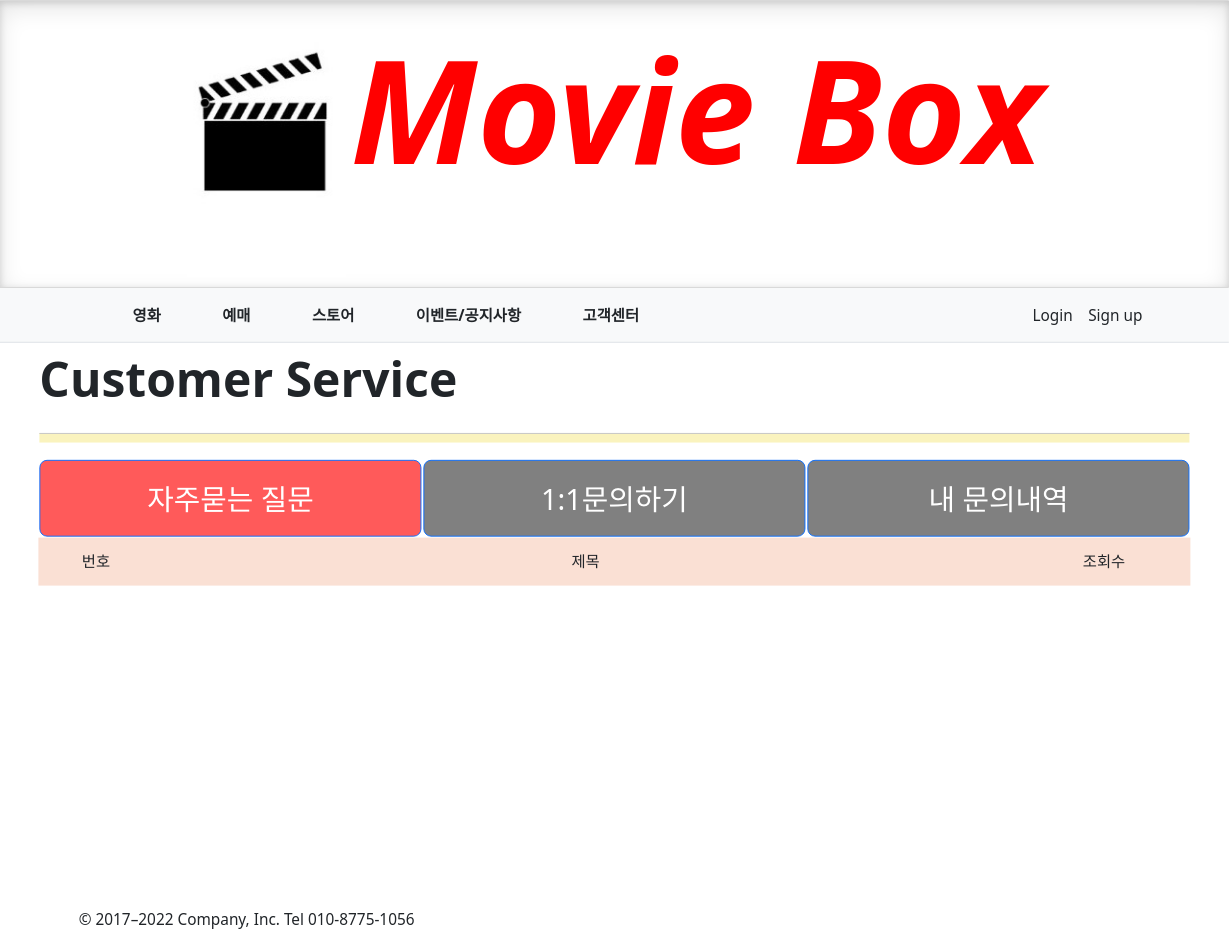
Repository: SpearManCN/MovieBox-2nd-Project-
Page: http://localhost/prj_01/WEB-INF/views/serviceForm.jsp
An editor plug-in stored every save of this project. The page is shown before and after the next save, followed by the edit.
The browser window is 1280 px wide. The pictures show the whole page, at 96% of full size.
The page is served by Tomcat 9. Nobody is signed in. Other server files are loaded and not shown. The template is opened directly, without the code that normally fills it, so the values that code supplies are empty.

Above is the page before, as saved 2022-12-13 16:23:29.

### Second project/prj_01/src/main/webapp/WEB-INF/views/serviceForm.jsp
<%@ page language="java" contentType="text/html; charset=UTF-8"
    pageEncoding="UTF-8"%>
        <%@taglib prefix="c" uri="http://java.sun.com/jsp/jstl/core" %>
<!DOCTYPE html>
<html>
<head>
<meta name="viewport" content="width=device-width, initial-scale=1">
<meta charset="UTF-8">
<link href="https://cdn.jsdelivr.net/npm/bootstrap@5.2.3/dist/css/bootstrap.min.css" rel="stylesheet" integrity="sha384-rbsA2VBKQhggwzxH7pPCaAqO46MgnOM80zW1RWuH61DGLwZJEdK2Kadq2F9CUG65" crossorigin="anonymous">
<script>
	function goServiceForm(){document.goForm.action="/serviceForm.do"; document.goForm.submit();}
	function goQnA(){document.goForm.action="/serviceQnA.do"; document.goForm.submit();}
	function goQnAList(){document.goForm.action="/serviceQnAList.do"; document.goForm.submit();}

</script>



</head>
<body>
<%@include file="/WEB-INF/views/commonHeader.jsp" %>
<form name="goForm" method="post"></form>



<center>
<table width="1200px">
	<tr>
	<td align="left"><span style="font-size:50px; font-weight:bold;">Customer Service</span>
	<tr>
	<td><hr style="height:10px; background-color:#EDD200;">
	<tr>
</table>
</center>

<table align="center" width="1200px">
	<tr>
	<td width="220px"><button onclick="goServiceForm();" type="button" class="btn btn-primary btn-lg" style="width:100%; height:80px; background-color:#FF5A5A;">
	<span style="font-size:30px; ">자주묻는 질문</span></button></td>

	<td width="220px"><button onclick="goQnA();" type="button" class="btn btn-primary btn-lg" style="width:100%; height:80px; background-color:gray;">
	<span style="font-size:30px; font-weight:;">1:1문의하기</span></button></td>

	<td width="220px"><button onclick="goQnAList();" type="button" class="btn btn-primary btn-lg" style="width:100%; height:80px; background-color:gray;">
	<span style="font-size:30px; font-weight:;">내 문의내역</span></button></td>

	</tr>
	<tr>
	</tr>

</table>

<table align="center" width="1200px" style="background-color:#FAE0D4;">
<tr align="center">
<td width="10%" height="50px">번호</td>
<td width="75%">제목</td>
<td width="15%">조회수</td>


</table>























<%@include file="/WEB-INF/views/commonFooter.jsp" %>
</body>
</html>

### Second project/prj_01/src/main/webapp/WEB-INF/views/commonHeader.jsp
<%@ page language="java" contentType="text/html; charset=UTF-8"
    pageEncoding="UTF-8"%>



<script src="/js/jquery-1.11.0.min.js"></script>
<script>
function goLogin(){document.commonForm.action="/loginForm.do";document.commonForm.submit(); }
function goLoginJoin(){document.commonForm.action="/loginJoinForm.do";document.commonForm.submit();}
function goMyPage(){document.commonForm.action="/myPageHome.do";document.commonForm.submit(); }
function goMainForm(){document.commonForm.action="/mainForm.do";document.commonForm.submit(); }
function goLogout(){
	if(confirm("로그아웃 하시겠습니까?")){
		document.commonForm.action="/logout.do";document.commonForm.submit();
	}

	 }

</script>

<form name="commonForm" method="post"></form>
<div style="height:300px; background-color: white; border-width: 1px 0;
        box-shadow: inset 0 .5em 1.5em rgba(0, 0, 0, .1), inset 0 .125em .5em rgba(0, 0, 0, .15);         border: solid rgba(0, 0, 0, .15);
        border-width: 1px 0;" class="b-example-divider" align="center" >

 <span style="cursor:pointer" onclick="goMainForm();"><img src="resources/img/movieBox2.jpg" >
 <Span  style="font-size: 150px; color:red; font-weight: bold ; font-style: italic;" >Movie Box</Span>

 </span></div>

  <nav class="py-2 bg-light border-bottom">
    <div class="container d-flex flex-wrap">
      <ul class="nav me-auto">
      <li class="nav-item">&emsp;&emsp;&emsp;</li>
        <li class="nav-item"><a href="movieHome.do" class="nav-link link-dark px-2 active" aria-current="page" style="font-weight: bold ;" >영화</a></li>
         <li class="nav-item">&emsp;&emsp;&emsp;</li>
        <li class="nav-item"><a href="reserveForm.do" class="nav-link link-dark px-2" style="font-weight: bold ;">예매</a></li>
         <li class="nav-item">&emsp;&emsp;&emsp;</li>
        <li class="nav-item"><a href="/storeForm.do" class="nav-link link-dark px-2" style="font-weight: bold ;">스토어</a></li>
         <li class="nav-item">&emsp;&emsp;&emsp;</li>
        <li class="nav-item"><a href="/eventForm.do" class="nav-link link-dark px-2" style="font-weight: bold ;">이벤트/공지사항</a></li>
          <li class="nav-item">&emsp;&emsp;&emsp;</li>
        <li class="nav-item"><a href="/serviceForm.do" class="nav-link link-dark px-2" style="font-weight: bold ;">고객센터</a></li>

       </ul>
      <ul class="nav">

      		<%
      		if(session.getAttribute("memNo")==null){session.setAttribute("memNo",0);}
			int memNo = (int)session.getAttribute("memNo");
			if(memNo==0){	%>
        <li class="nav-item"><span class="nav-link link-dark px-2" style="cursor:pointer" onclick="goLogin();">Login</span></li>
			        <li class="nav-item"><span class="nav-link link-dark px-2" style="cursor:pointer" onclick="goLoginJoin();">Sign up</span></li>

			<%}else if(memNo==1){%>
			        <li class="nav-item"><span class="nav-link link-dark px-2" style="cursor:pointer" onclick="goAdmin();">AdminPage</span></li>

    				   <li class="nav-item"><span class="nav-link link-dark px-2" style="cursor:pointer" onclick="goLogout();">Logout</span></li>

			<%}else {%>
			      <li class="nav-item"><span class="nav-link link-dark px-2" style="cursor:pointer" onclick="goMyPage();">My Page</span></li>
    				   <li class="nav-item"><span class="nav-link link-dark px-2" style="cursor:pointer" onclick="goLogout();">Logout</span></li>
 				<%}
		%>






      </ul>
    </div>
  </nav>

### Second project/prj_01/src/main/webapp/WEB-INF/views/commonFooter.jsp
<%@ page language="java" contentType="text/html; charset=UTF-8"
    pageEncoding="UTF-8"%>
<!--====================================================================-->


<br>
<br><br><br><br><br><br><br><br><br><br><br>
<br><br>

  <footer class="container">
    <p class="float-end"></p>
    <p>&copy; 2017–2022 Company, Inc. Tel 010-8775-1056 </p>
  </footer>

<script src="https://cdn.jsdelivr.net/npm/bootstrap@5.2.3/dist/js/bootstrap.bundle.min.js" integrity="sha384-kenU1KFdBIe4zVF0s0G1M5b4hcpxyD9F7jL+jjXkk+Q2h455rYXK/7HAuoJl+0I4" crossorigin="anonymous"></script>

Loaded but not shown: Second project/prj_01/src/main/resources/static/js/jquery-1.11.0.min.js (library)

After the next save:
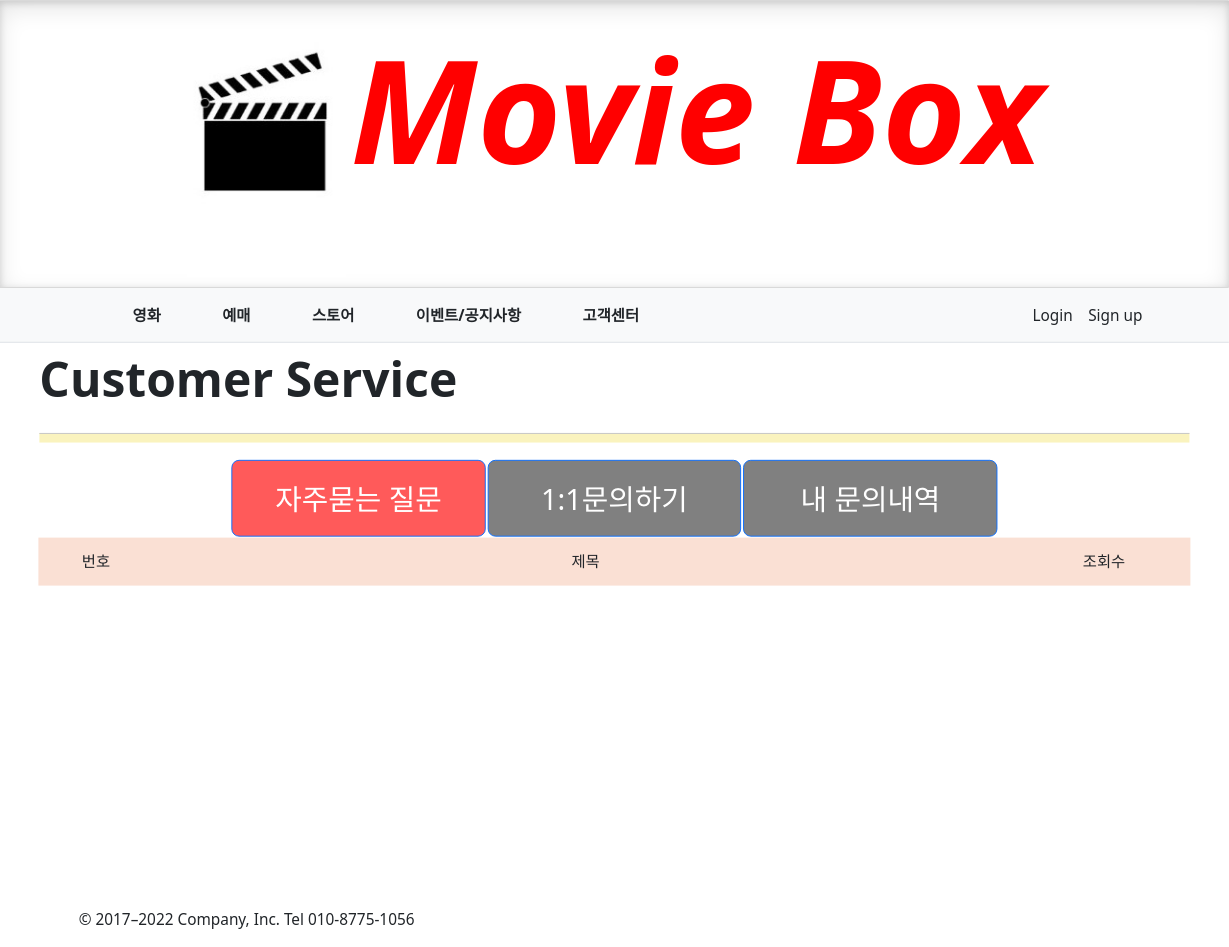
Saved 34 s later.
--- a/Second project/prj_01/src/main/webapp/WEB-INF/views/serviceForm.jsp
+++ b/Second project/prj_01/src/main/webapp/WEB-INF/views/serviceForm.jsp
@@ -33,7 +33,7 @@
 </table>
 </center>
 
-<table align="center" width="1200px">
+<table align="center" width="800px">
 	<tr>
 	<td width="220px"><button onclick="goServiceForm();" type="button" class="btn btn-primary btn-lg" style="width:100%; height:80px; background-color:#FF5A5A;">
 	<span style="font-size:30px; ">자주묻는 질문</span></button></td>

After the 2 saves that followed:
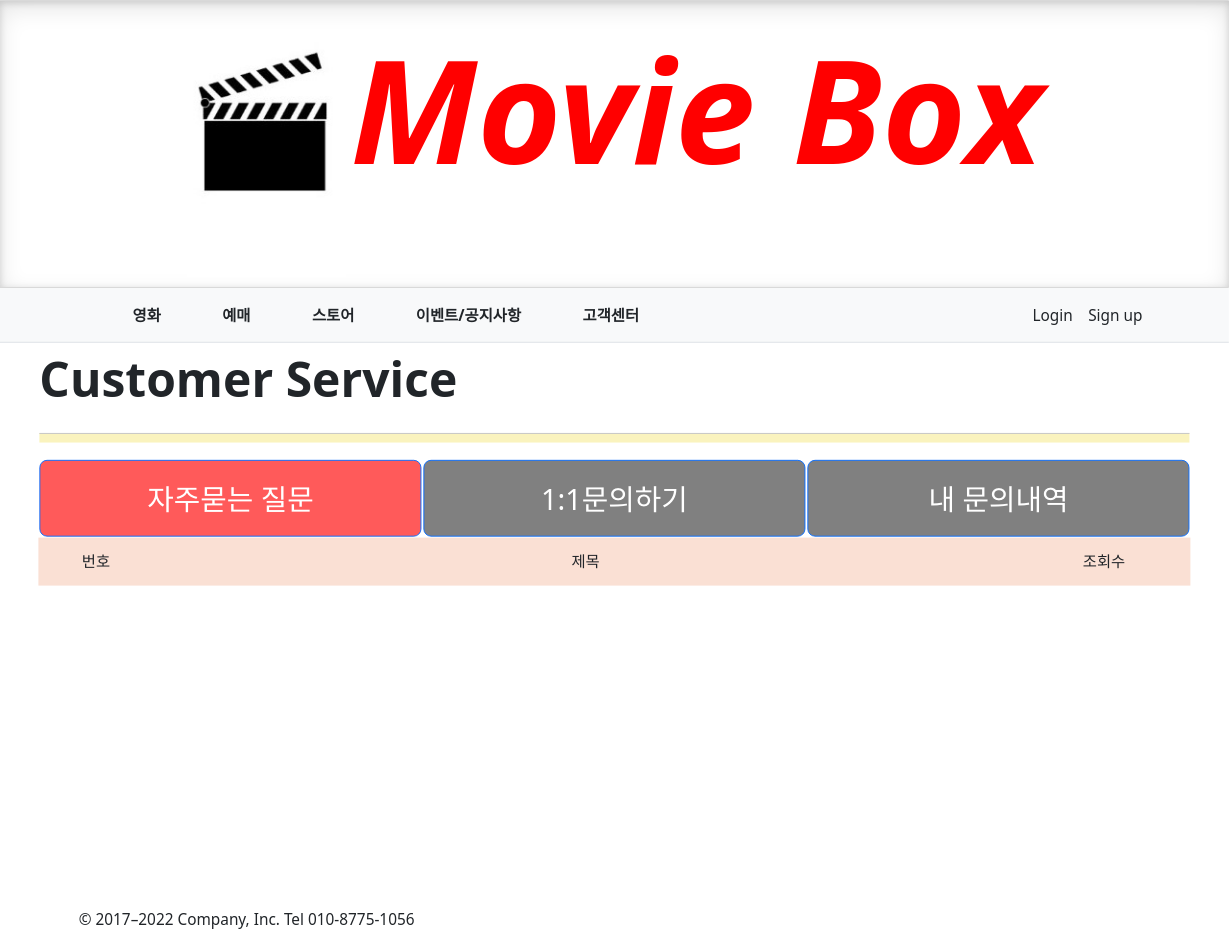
The 2 saves are shown as one change because they came seconds apart.
The last was saved 8 s later.
--- a/Second project/prj_01/src/main/webapp/WEB-INF/views/serviceForm.jsp
+++ b/Second project/prj_01/src/main/webapp/WEB-INF/views/serviceForm.jsp
@@ -33,7 +33,7 @@
 </table>
 </center>
 
-<table align="center" width="800px">
+<table align="center" width="1200px">
 	<tr>
 	<td width="220px"><button onclick="goServiceForm();" type="button" class="btn btn-primary btn-lg" style="width:100%; height:80px; background-color:#FF5A5A;">
 	<span style="font-size:30px; ">자주묻는 질문</span></button></td>
